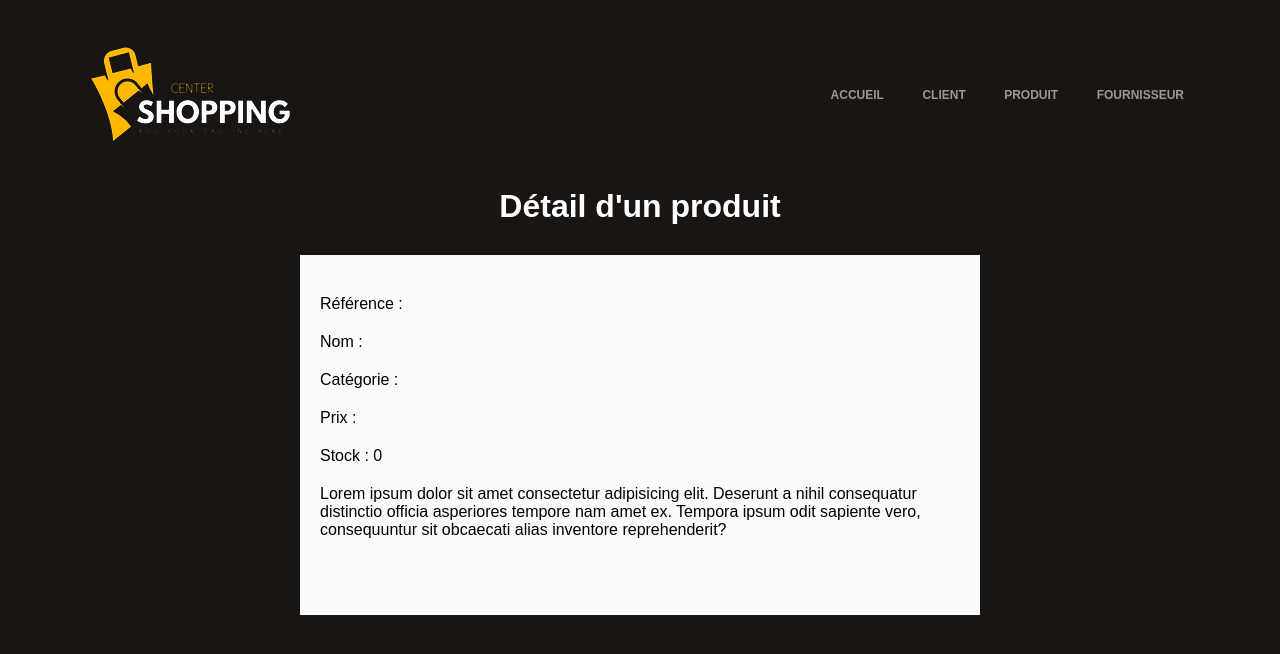
Repository: rayan-stive/e-commerce-symfony
Page: templates/produit/edite.html.twig
An editor plug-in stored every save of this project. The page is shown before and after the next save, followed by the edit.
The browser window is 1280 px wide. The pictures show the whole page.
The page is a Twig template of a Symfony application; nobody is signed in and links lead nowhere. The template is opened directly, without the code that normally fills it, so the values that code supplies are empty.

Above is the page before, as saved 2022-07-08 22:21:03.

After the next save:
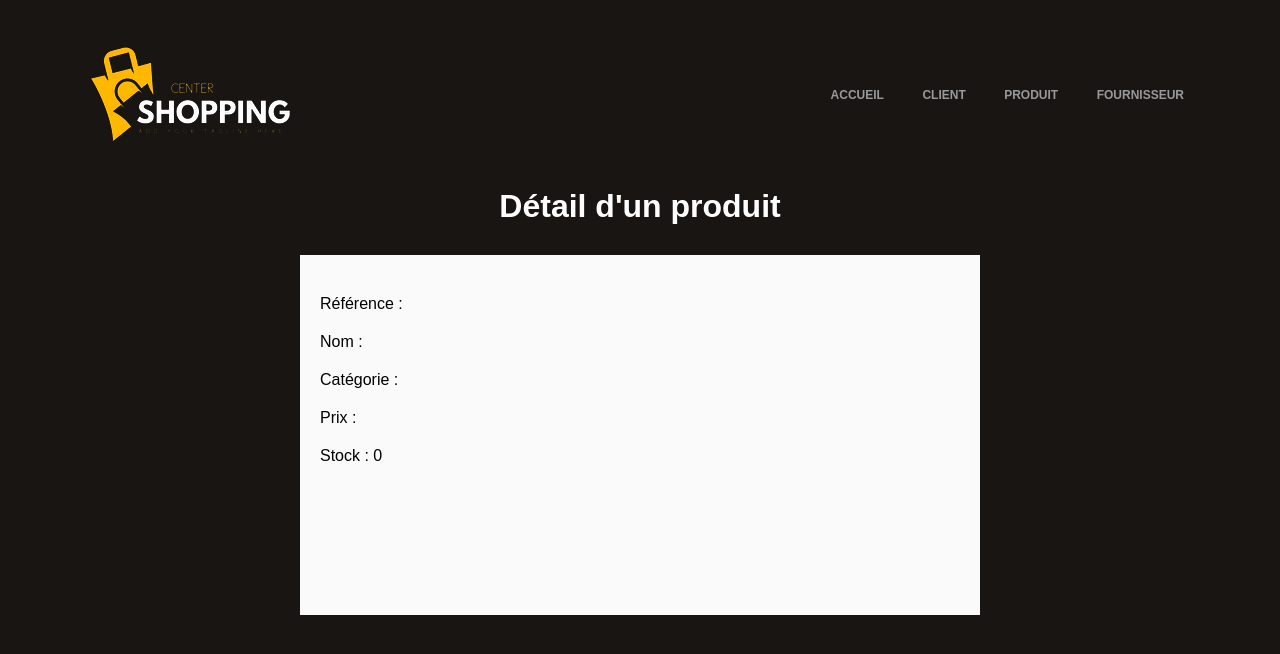
Saved 17 s later.
--- a/templates/produit/edite.html.twig
+++ b/templates/produit/edite.html.twig
@@ -16,10 +16,6 @@
             <p><span> Catégorie : </span>{{ produit.categorie }} </p>
             <p><span> Prix : </span>{{ produit.prix }} </p>
             <p><span> Stock : </span> 0 </p>
-            <p>
-                Lorem ipsum dolor sit amet consectetur adipisicing elit. Deserunt a nihil consequatur distinctio officia
-                asperiores tempore nam amet ex. Tempora ipsum odit sapiente vero, consequuntur sit obcaecati alias inventore reprehenderit?
-            </p>
         </div>
    </div>
 {% endblock %}
